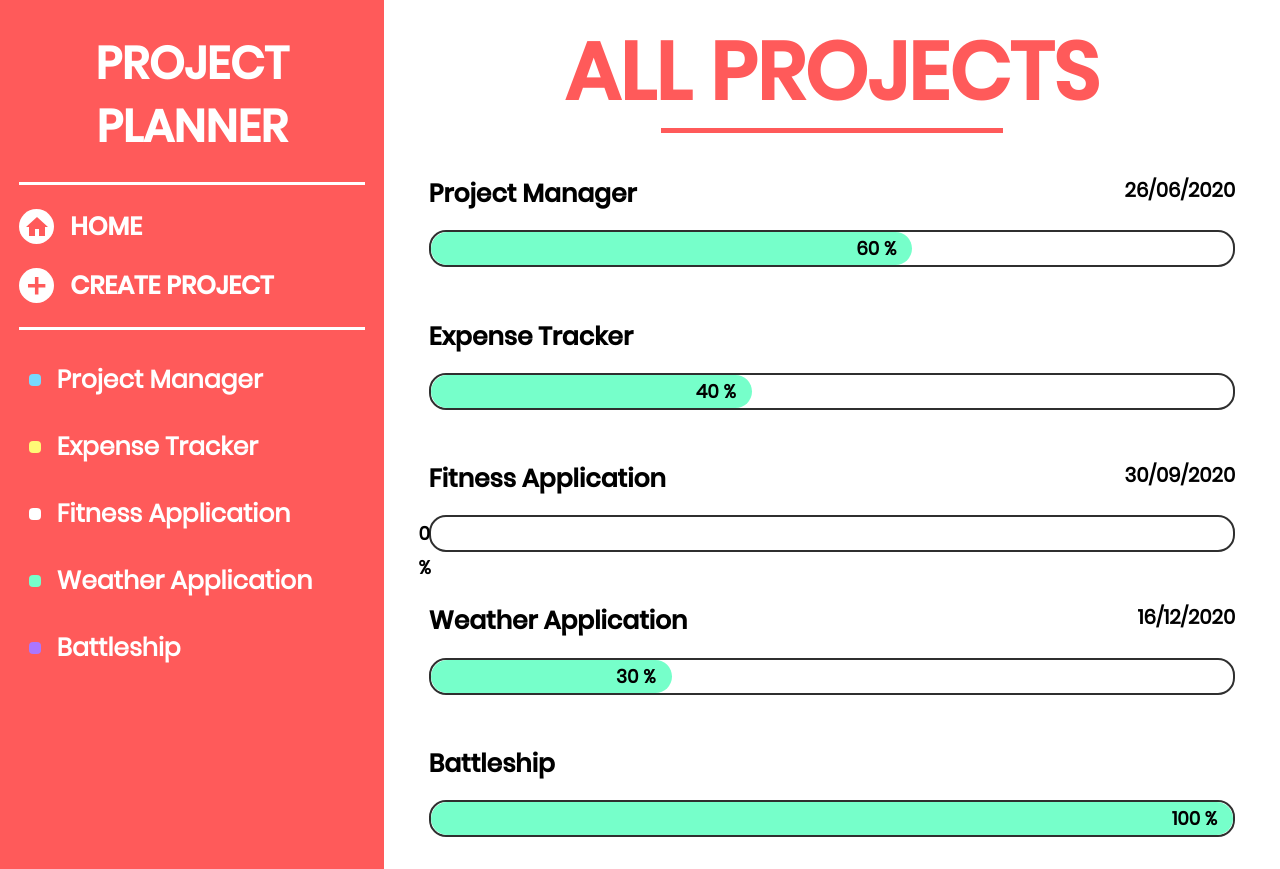
Repository: AzharMoosa/project-manager
Page: /
The author's editor kept a copy of each file at every save. The page is drawn from the files as they stood at one save, then again after the next save.
The browser window is 1280 px wide. The pictures show the whole page.
The project was rebuilt for these pictures with package versions that can differ from the ones it lists, and the page was loaded fresh each time.

Above is the page before, as saved 2020-06-22 11:24:51.

After the next save:
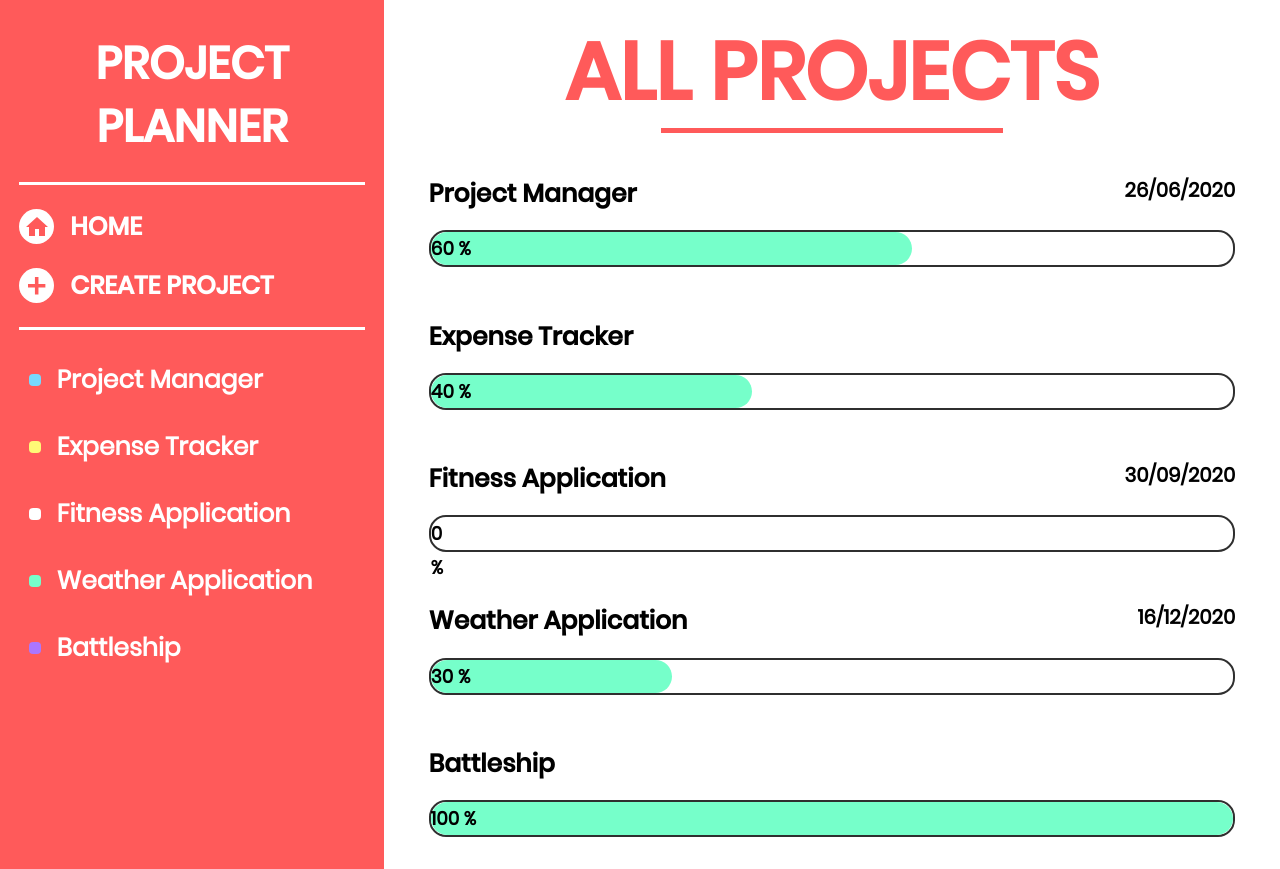
Saved 6 s later.
--- a/src/App.css
+++ b/src/App.css
@@ -176,7 +176,7 @@
 
 .progressbar > div h3 {
   display: flex;
-  justify-content: flex-end;
+  /* justify-content: flex-end; */
   align-items: center;
   line-height: 1.8;
   margin-right: 1rem;

After the 3 saves that followed:
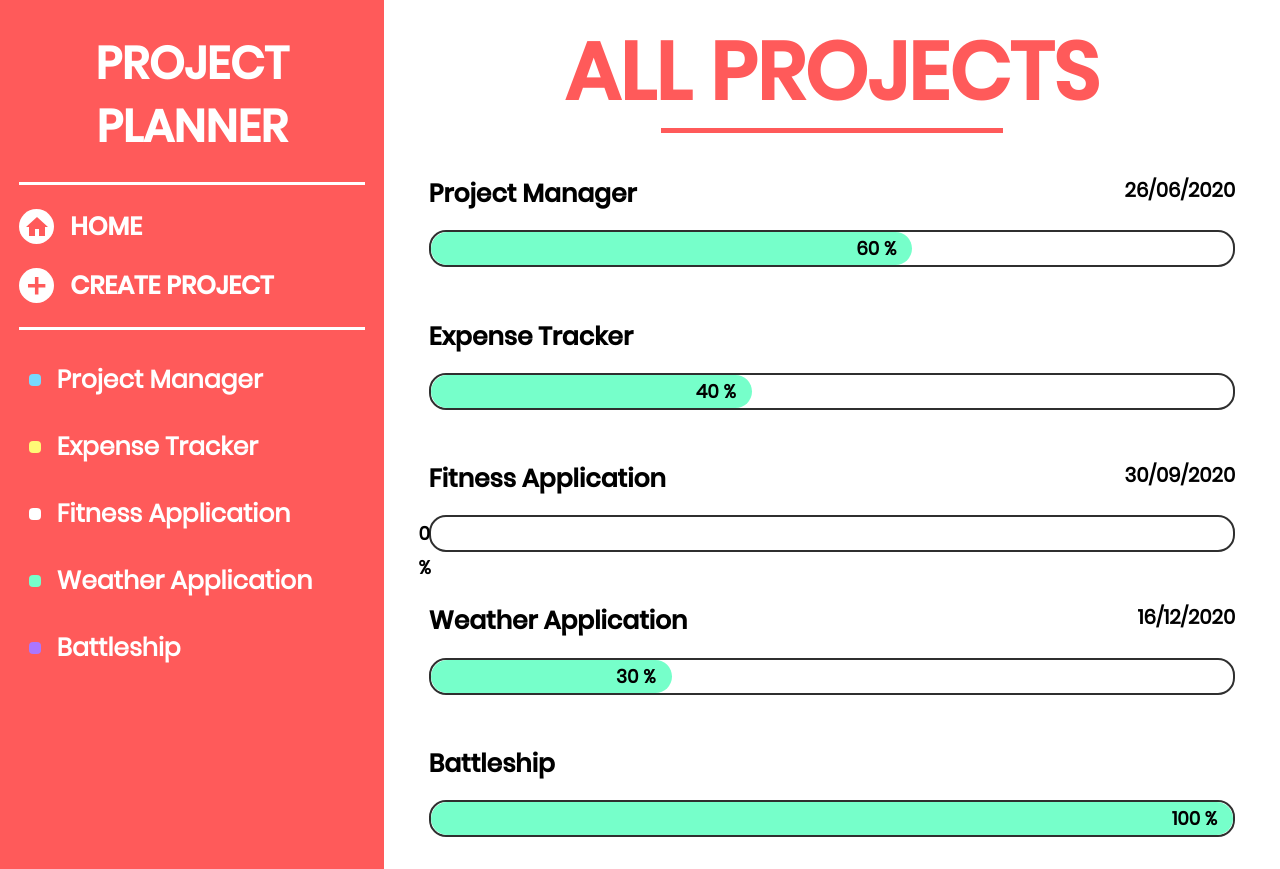
The 3 saves are shown as one change because 1 left the picture as it was and some came seconds apart.
The last was saved 20 s later.
--- a/src/App.css
+++ b/src/App.css
@@ -176,7 +176,7 @@
 
 .progressbar > div h3 {
   display: flex;
-  /* justify-content: flex-end; */
+  justify-content: flex-end;
   align-items: center;
   line-height: 1.8;
   margin-right: 1rem;
